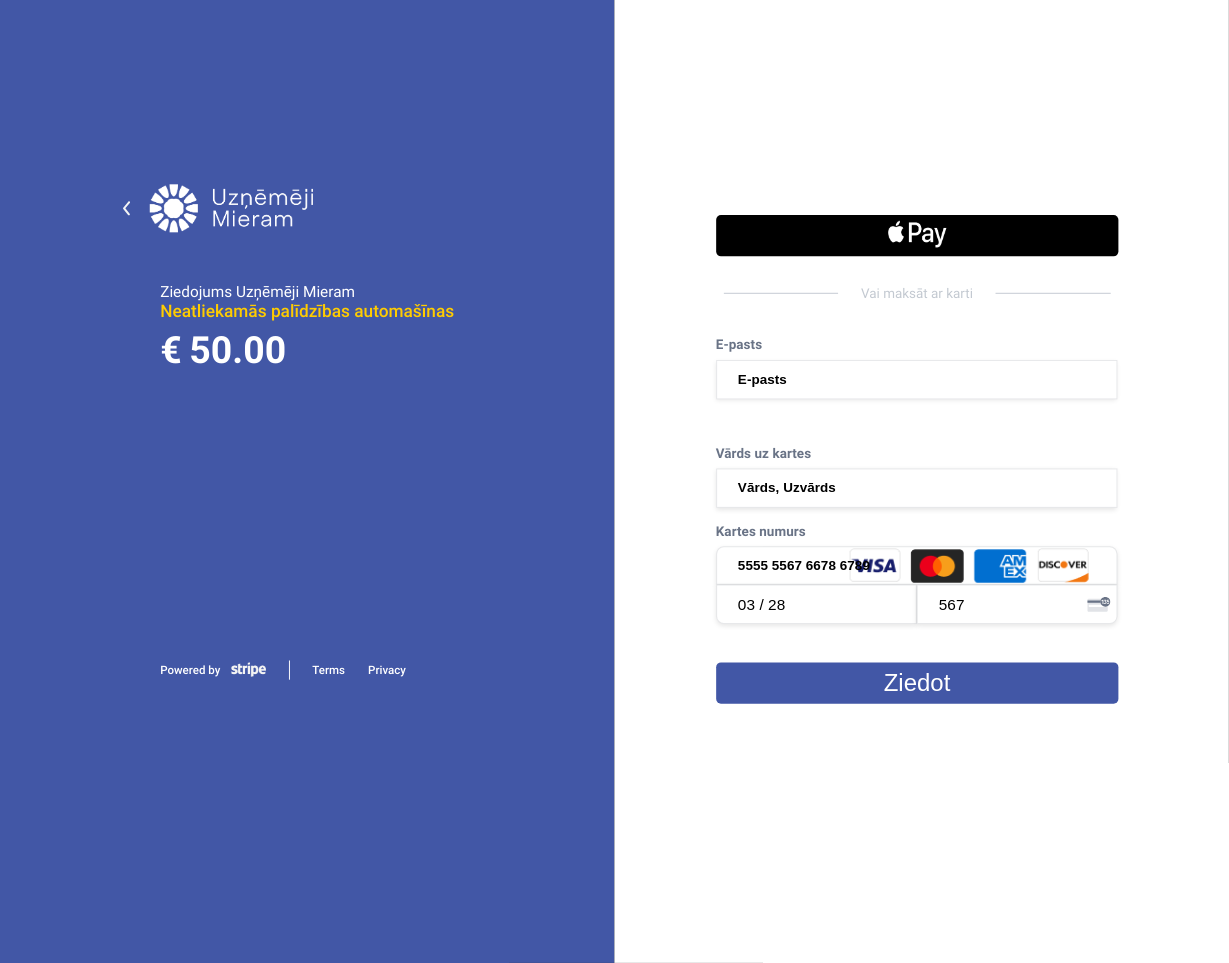
Repository: KatrinaPa/projekts_jul
Page: stripe.html
These files come from the project's save history. The page is drawn as it stood at one moment and after the next save; the edit follows.
The browser window is 1280 px wide. The pictures show the whole page, at 96% of full size.

Above is the page before, as saved 2023-08-02 16:24:44.

After the next save:
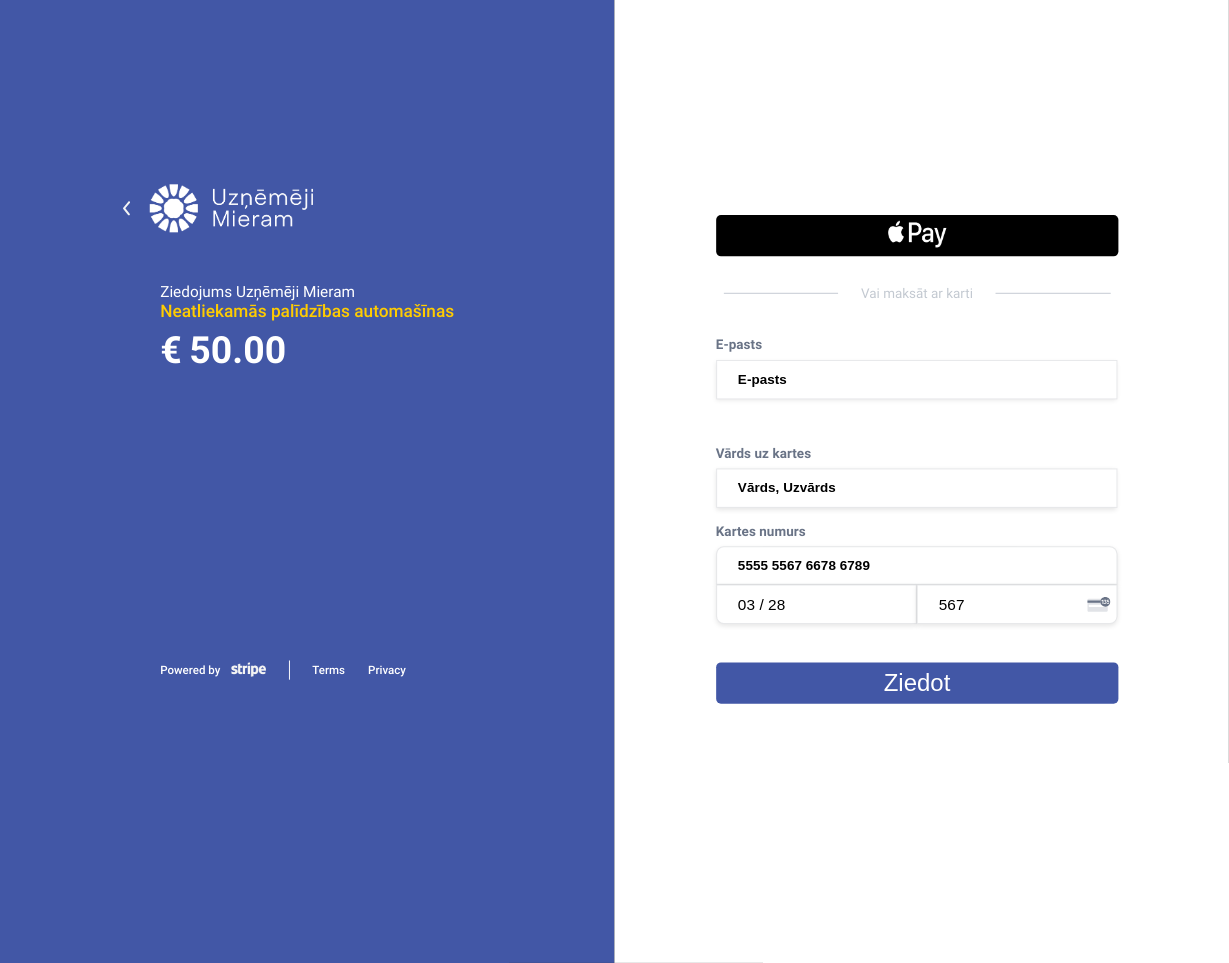
Not found: assets/assets/images/cards.png
Saved 23 min 54 s later.
--- a/assets/stripe-styles.css
+++ b/assets/stripe-styles.css
@@ -225,7 +225,7 @@
 }
 
 .input-icon-cards {
-    background-image: url("cards.png");
+    background-image: url(assets/images/cards.png);
     background-position: right center;
 }
 

After the save that followed:
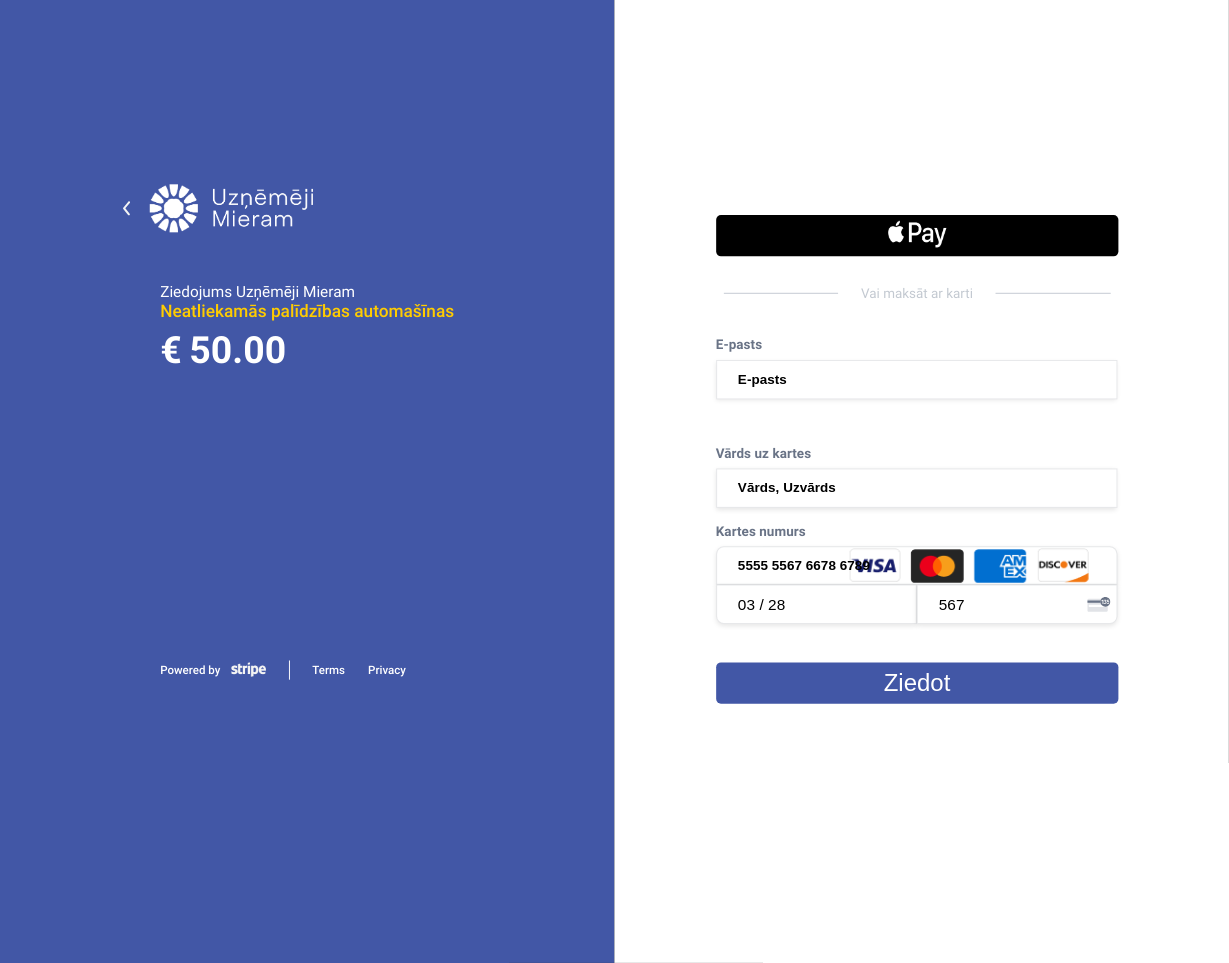
Saved 3 min 8 s later.
--- a/assets/stripe-styles.css
+++ b/assets/stripe-styles.css
@@ -225,7 +225,7 @@
 }
 
 .input-icon-cards {
-    background-image: url(assets/images/cards.png);
+    background-image: url(images/cards.png);
     background-position: right center;
 }
 
